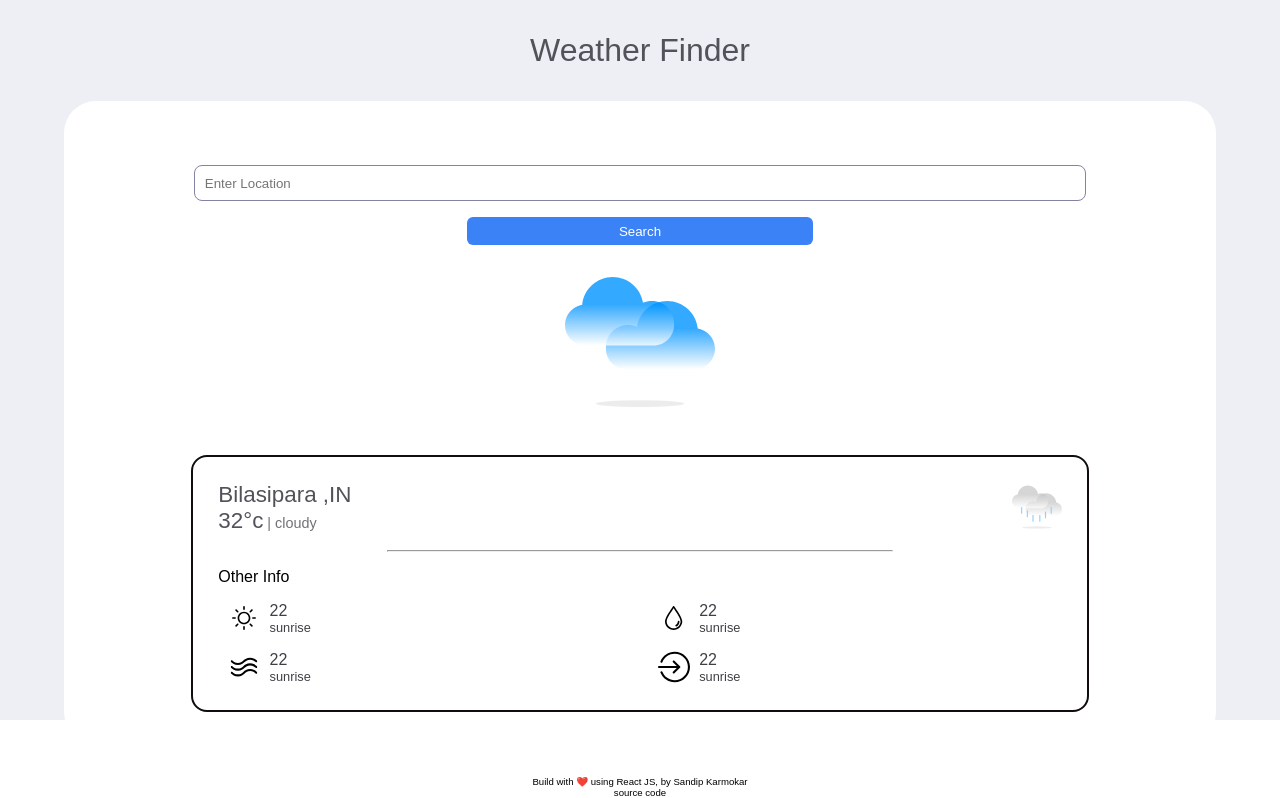
Repository: sandipkarmokar/weather-app
Page: /
An editor plug-in stored every save of this project. The page is shown before and after the next save, followed by the edit.
The browser window is 1280 px wide. The pictures show the whole page.
The project was rebuilt for these pictures with package versions that can differ from the ones it lists, and the page was loaded fresh each time.

Above is the page before, as saved 2022-04-12 17:33:12.

### src/App.js
import { useState, useEffect } from 'react';
import './App.css';
import WeatherForm from './components/WeatherForm';
import WeatherInfoShow from './components/WeatherInfoShow';

export const WeatherIcons = {
    '01d': '../icons/sunny.svg',
    '01n': '../icons/night.svg',
    '02d': '../icons/day.svg',
    '02n': '../icons/cloudy-night.svg',
    '03d': '../icons/cloudy.svg',
    '03n': '../icons/cloudy.svg',
    '04d': '../icons/perfect-day.svg',
    '04n': '../icons/cloudy-night.svg',
    '09d': '../icons/rain.svg',
    '09n': '../icons/rain-night.svg',
    '10d': '../icons/rain.svg',
    '10n': '../icons/rain-night.svg',
    '11d': '../icons/storm.svg',
    '11n': '../icons/storm.svg',
};

function App() {
    const [city, setCity] = useState('');
    const [weatherData, setWeatherData] = useState([]);

    console.log(weatherData);
    const url = `https://api.openweathermap.org/data/2.5/weather?q=${city}&appid=390f3fd7515cacb5596ae4765de92a6d`;

    const fetchData = async (e) => {
        e.preventDefault();
        try {
            const response = await fetch(url);
            const data = await response.json();

            setWeatherData(data);
            console.log('data fetched');
        } catch (error) {
            console.log(error);
        }
    };

    return (
        <div className="app">
            <div className="heading">
                <p>Weather Finder</p>
            </div>
            <div className="app-container">
                <WeatherForm
                    city={city}
                    setCity={setCity}
                    fetchData={fetchData}
                ></WeatherForm>

                {/* {weatherData.length !== 0 && city ? (
                    <WeatherInfoShow
                        weatherData={weatherData}
                    ></WeatherInfoShow>
                ) : (
                    ''
                )} */}
                <WeatherInfoShow weatherData={weatherData}></WeatherInfoShow>
            </div>
            <footer>
                <p>Build with ❤️ using React JS, by Sandip Karmokar</p>
                <p>source code</p>
            </footer>
        </div>
    );
}

export default App;

### src/App.css
* {
    margin: 0;
    padding: 0;
    box-sizing: border-box;
    font-family: Arial, Helvetica, sans-serif;
}

.app {
    background-color: #eeeff4;
    height: 100vh;
}

.app .heading p {
    color: #52525b;
    padding-top: 2rem;
    font-size: 2rem;
    text-align: center;
}

.app .app-container {
    width: 90%;
    margin: 2rem auto;
    background: #ffffff;
    border-radius: 2rem;
    padding: 1rem 0;
}

.app .app-container .weather-form {
    width: 86%;
    margin: 0 auto;
    display: flex;
    flex-direction: column;
}

.app .app-container .weather-form input {
    padding: 0.6rem;
    margin: 1rem auto;
    border: 0.5px solid #8383a5;
    border-radius: 8px;
    width: 90%;
    margin-top: 3rem;
}
.app .app-container .weather-form button {
    width: 35%;
    margin: 0 auto;
    padding: 0.4rem;
    background-color: #3b82f6;
    color: #ffffff;
    border: none;
    border-radius: 6px;
    cursor: pointer;
}
.app .app-container .weather-form img {
    width: 150px;

    margin: 2rem auto;
}

.app .app-container .weather-info-show {
    background-color: #ffffff;
    width: 78%;
    border: 2px solid rgb(17, 13, 13);
    margin: 1rem auto;
    border-radius: 1rem;
    padding: 1.6rem;
}
.app .app-container .weather-info-show .main-info {
    display: flex;
    justify-content: space-between;
}

.app .app-container .weather-info-show .main-info img {
    width: 50px;
    height: 50px;
}
.app .app-container .weather-info-show .main-info .info .location {
    font-size: 1.4rem;
    color: #52525b;
}
.app .app-container .weather-info-show .main-info .info .data {
    font-size: 0.9rem;
    color: #71717a;
}
.app .app-container .weather-info-show .main-info .info .data .large {
    font-size: 1.4rem;
    color: #52525b;
}

.app .app-container .weather-info-show hr {
    width: 60%;
    margin: 1rem auto;
}

.app .app-container .weather-info-show .other-info {
    display: flex;
    flex-direction: column;
}
.app .app-container .weather-info-show .other-info .other-info-data {
    display: grid;

    grid-template-columns: 1fr 1fr;
    grid-template-rows: 1fr 1fr;
    gap: 1rem;
    margin-top: 1rem;
}

.app .app-container .weather-info-show .other-info .other-info-data .item {
    display: flex;
}

.app .app-container .weather-info-show .other-info .other-info-data .item img {
    height: 32px;
    width: 32px;
    margin: 0 0.6rem;
}

.app
    .app-container
    .weather-info-show
    .other-info
    .other-info-data
    .item
    .sub-info {
    display: flex;
    flex-direction: column;
}

.app
    .app-container
    .weather-info-show
    .other-info
    .other-info-data
    .item
    .sub-info
    .data {
    color: #3f3f46;
}
.app
    .app-container
    .weather-info-show
    .other-info
    .other-info-data
    .item
    .sub-info
    .sub-info-title {
    color: #3f3f46;
    font-size: 0.8rem;
}

.app footer p {
    text-align: center;
    font-size: 0.6rem;
}

### src/components/WeatherForm.js
import React from 'react';
import mainImage from '../icons/perfect-day.svg';

const WeatherForm = ({ city, setCity, fetchData }) => {
    return (
        <div className="weather-form">
            <input
                type="text"
                placeholder="Enter Location"
                value={city}
                onChange={(e) => setCity(e.target.value)}
            />
            <button onClick={fetchData}>Search</button>
            <img src={mainImage} alt="" />
        </div>
    );
};

export default WeatherForm;

### src/components/WeatherInfoShow.js
import React from 'react';
import imagex from '../icons/cloudy.svg';
import { WeatherIcons } from '../App';

import sunset from '../icons/temp.svg';
import sunrise from '../icons/temp.svg';
import humidity from '../icons/humidity.svg';
import wind from '../icons/wind.svg';
import pressure from '../icons/pressure.svg';

// export default const WeatherInfoIcons = {
// sunset: '../icons/temp.svg',
// sunrise: '../icons/temp.svg',
// humidity: '../icons/humidity.svg',
// wind: '../icons/wind.svg',
// pressure: '../icons/pressure.svg',
// };

const WeatherInfoShow = ({ weatherData }) => {
    return (
        <div className="weather-info-show">
            <div className="main-info">
                <div className="info">
                    <div className="location">Bilasipara ,IN</div>
                    <div className="data">
                        <span className="large">32°c</span> | cloudy
                    </div>
                </div>

                {/* <img src={WeatherIcons['04d']} alt="" /> */}
                <img src={imagex} alt="" />
            </div>
            <hr className="line" />
            <div className="other-info">
                <p>Other Info</p>
                <div className="other-info-data">
                    <div className="item">
                        <img src={sunrise} alt="" />
                        <div className="sub-info">
                            <p className="data">22</p>
                            <p className="sub-info-title">sunrise</p>
                        </div>
                    </div>
                    <div className="item">
                        <img src={humidity} alt="" />
                        <div className="sub-info">
                            <p className="data">22</p>
                            <p className="sub-info-title">sunrise</p>
                        </div>
                    </div>
                    <div className="item">
                        <img src={wind} alt="" />
                        <div className="sub-info">
                            <p className="data">22</p>
                            <p className="sub-info-title">sunrise</p>
                        </div>
                    </div>
                    <div className="item">
                        <img src={pressure} alt="" />
                        <div className="sub-info">
                            <p className="data">22</p>
                            <p className="sub-info-title">sunrise</p>
                        </div>
                    </div>
                </div>
            </div>
        </div>
    );
};

export default WeatherInfoShow;

Loaded but not shown: public/index.html (common file); src/index.js (common file); src/index.css (common file); src/reportWebVitals.js (common file)

After the next save:
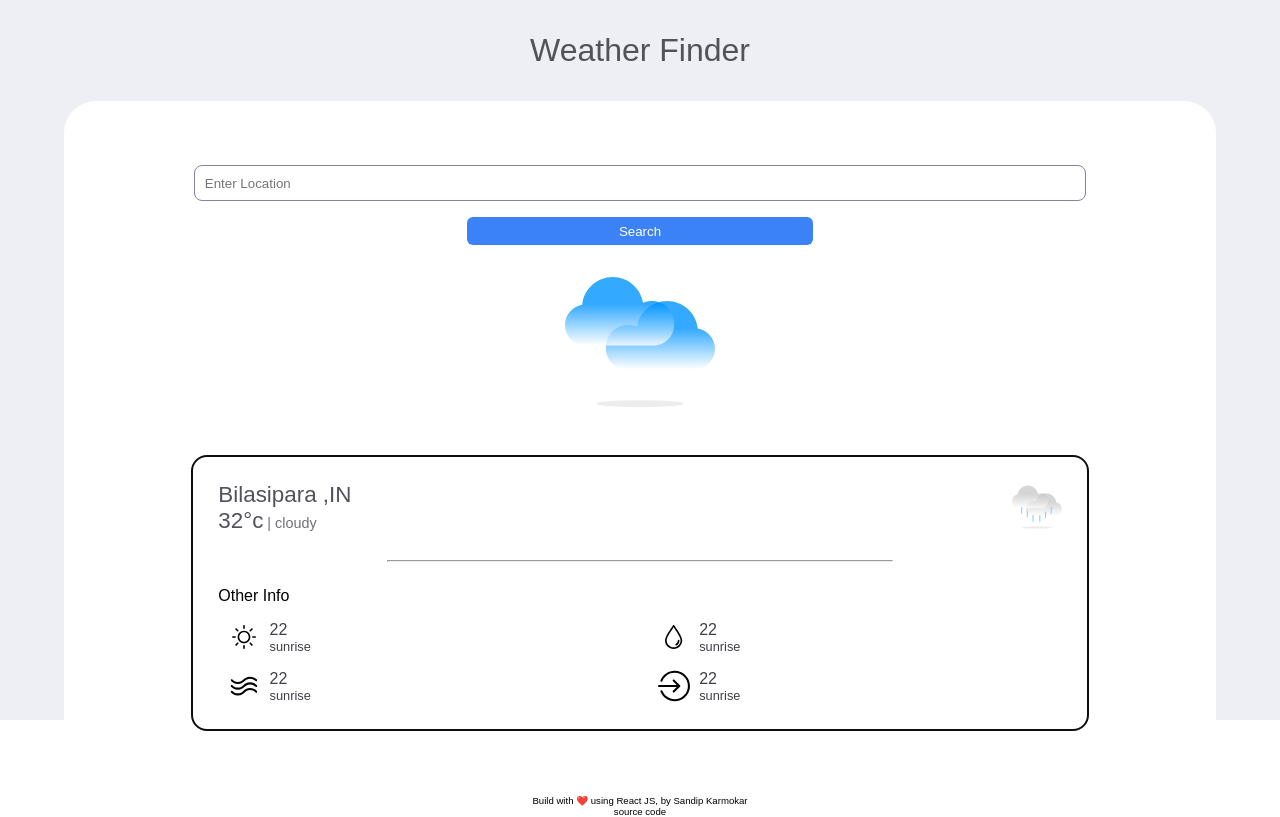
Saved 5 s later.
--- a/src/App.css
+++ b/src/App.css
@@ -88,7 +88,7 @@
 
 .app .app-container .weather-info-show hr {
     width: 60%;
-    margin: 1rem auto;
+    margin: 1.6rem auto;
 }
 
 .app .app-container .weather-info-show .other-info {
